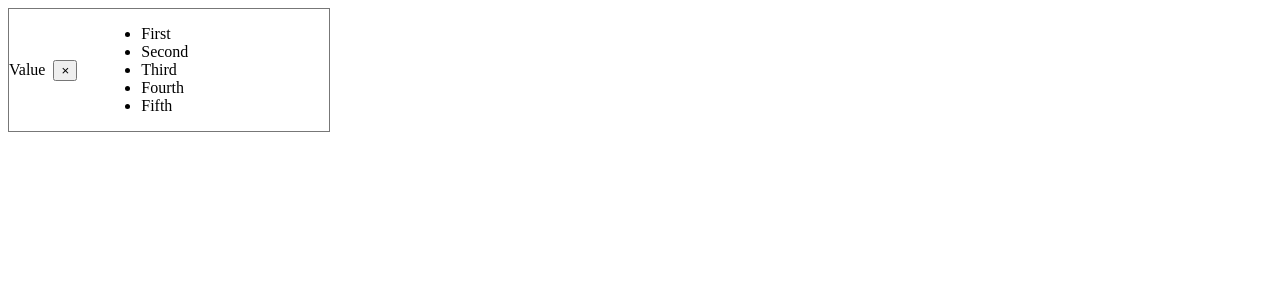
Repository: csabbah/ts-react-custom-select
Page: /
An editor plug-in stored every save of this project. The page is shown before and after a run of saves, followed by the edit.
The browser window is 1280 px wide. The pictures show the whole page.
The project was rebuilt for these pictures with package versions that can differ from the ones it lists, and the page was loaded fresh each time. Also part of the build but not shown: vite.config.ts.

Above is the page before, as saved 2022-12-24 11:49:42.

After the next 2 saves:
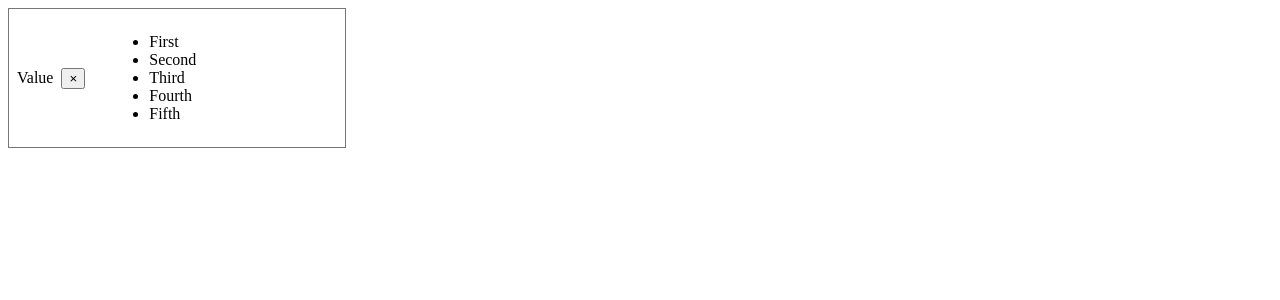
The 2 saves are shown as one change because they came seconds apart.
The last was saved 8 s later.
--- a/src/select.module.css
+++ b/src/select.module.css
@@ -6,4 +6,5 @@
   display: flex;
   align-items: center;
   gap: 0.5em;
+  padding: 0.5em;
 }
